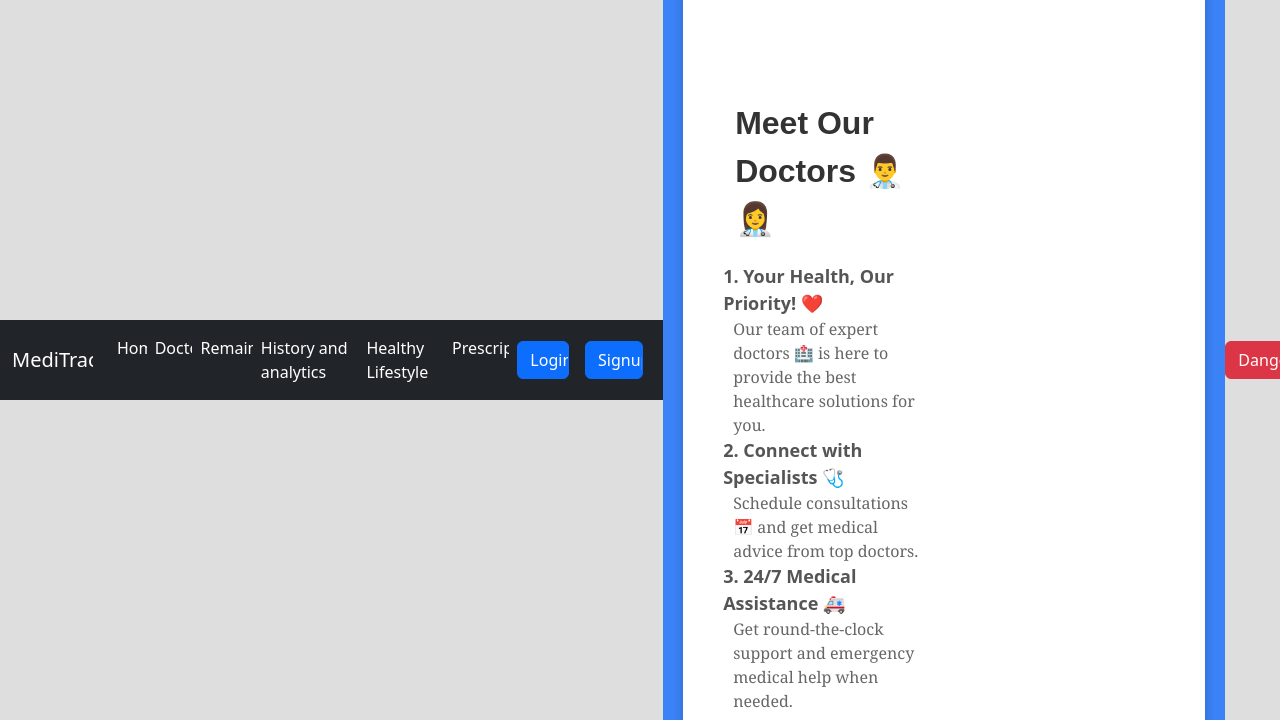
Repository: rahul-chakradhari/PillWise
Page: /doctors (app in frontend/)
An editor plug-in stored every save of this project. The page is shown before and after the next save, followed by the edit.
The browser window is 1280 px wide. The pictures show the whole page.
The page's requests for data from a server got no answer. An inner scrolling area shows only its first screen. The project was rebuilt for these pictures with package versions that can differ from the ones it lists, and the page was loaded fresh each time. No one was signed in, and anything a server would have sent is missing. Also part of the build but not shown: frontend/vite.config.js, frontend/src/components/Home.jsx, frontend/src/components/History.jsx, frontend/src/components/Remainder.jsx, frontend/src/components/Healthy.jsx, frontend/src/components/Prescription.jsx.

Above is the page before, as saved 2025-03-06 17:55:29.

After the next save:
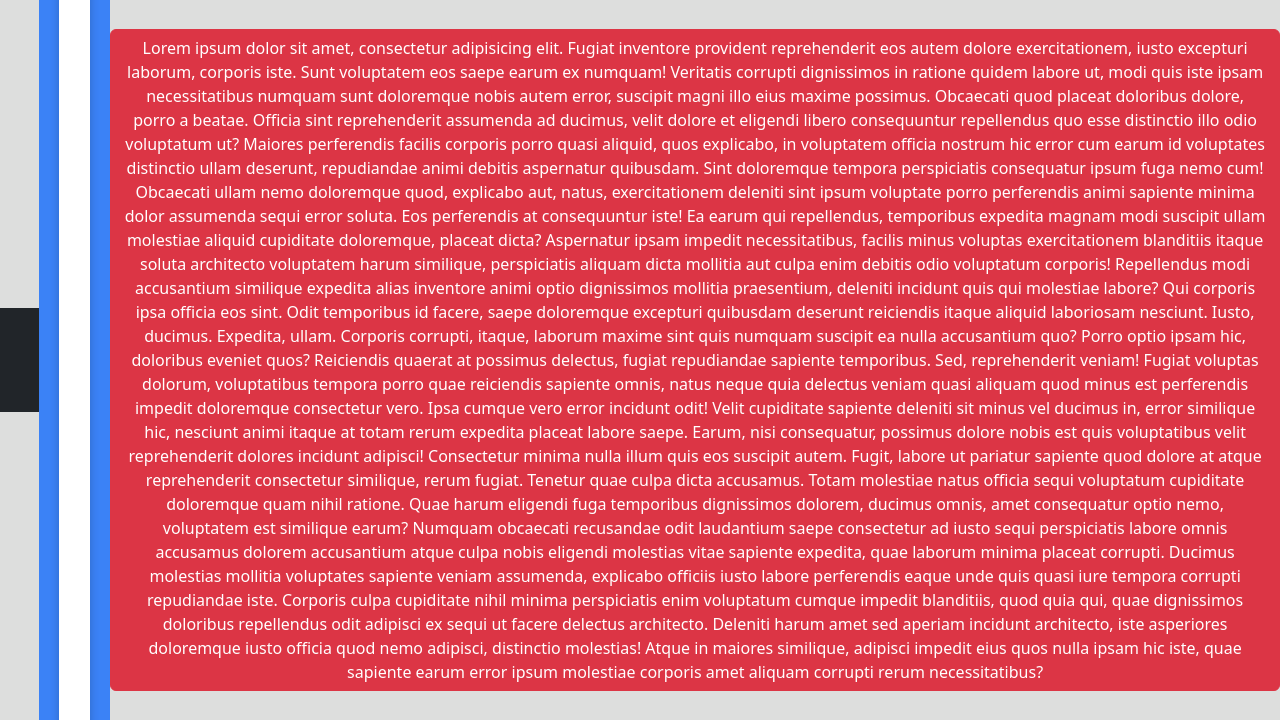
Saved 48 s later.
--- a/frontend/src/components/Doctors.jsx
+++ b/frontend/src/components/Doctors.jsx
@@ -61,7 +61,65 @@
       </div>
       <div>
         <button type="button" class="btn btn-danger">
-          Danger
+          Lorem ipsum dolor sit amet, consectetur adipisicing elit. Fugiat
+          inventore provident reprehenderit eos autem dolore exercitationem,
+          iusto excepturi laborum, corporis iste. Sunt voluptatem eos saepe
+          earum ex numquam! Veritatis corrupti dignissimos in ratione quidem
+          labore ut, modi quis iste ipsam necessitatibus numquam sunt doloremque
+          nobis autem error, suscipit magni illo eius maxime possimus. Obcaecati
+          quod placeat doloribus dolore, porro a beatae. Officia sint
+          reprehenderit assumenda ad ducimus, velit dolore et eligendi libero
+          consequuntur repellendus quo esse distinctio illo odio voluptatum ut?
+          Maiores perferendis facilis corporis porro quasi aliquid, quos
+          explicabo, in voluptatem officia nostrum hic error cum earum id
+          voluptates distinctio ullam deserunt, repudiandae animi debitis
+          aspernatur quibusdam. Sint doloremque tempora perspiciatis consequatur
+          ipsum fuga nemo cum! Obcaecati ullam nemo doloremque quod, explicabo
+          aut, natus, exercitationem deleniti sint ipsum voluptate porro
+          perferendis animi sapiente minima dolor assumenda sequi error soluta.
+          Eos perferendis at consequuntur iste! Ea earum qui repellendus,
+          temporibus expedita magnam modi suscipit ullam molestiae aliquid
+          cupiditate doloremque, placeat dicta? Aspernatur ipsam impedit
+          necessitatibus, facilis minus voluptas exercitationem blanditiis
+          itaque soluta architecto voluptatem harum similique, perspiciatis
+          aliquam dicta mollitia aut culpa enim debitis odio voluptatum
+          corporis! Repellendus modi accusantium similique expedita alias
+          inventore animi optio dignissimos mollitia praesentium, deleniti
+          incidunt quis qui molestiae labore? Qui corporis ipsa officia eos
+          sint. Odit temporibus id facere, saepe doloremque excepturi quibusdam
+          deserunt reiciendis itaque aliquid laboriosam nesciunt. Iusto,
+          ducimus. Expedita, ullam. Corporis corrupti, itaque, laborum maxime
+          sint quis numquam suscipit ea nulla accusantium quo? Porro optio ipsam
+          hic, doloribus eveniet quos? Reiciendis quaerat at possimus delectus,
+          fugiat repudiandae sapiente temporibus. Sed, reprehenderit veniam!
+          Fugiat voluptas dolorum, voluptatibus tempora porro quae reiciendis
+          sapiente omnis, natus neque quia delectus veniam quasi aliquam quod
+          minus est perferendis impedit doloremque consectetur vero. Ipsa cumque
+          vero error incidunt odit! Velit cupiditate sapiente deleniti sit minus
+          vel ducimus in, error similique hic, nesciunt animi itaque at totam
+          rerum expedita placeat labore saepe. Earum, nisi consequatur, possimus
+          dolore nobis est quis voluptatibus velit reprehenderit dolores
+          incidunt adipisci! Consectetur minima nulla illum quis eos suscipit
+          autem. Fugit, labore ut pariatur sapiente quod dolore at atque
+          reprehenderit consectetur similique, rerum fugiat. Tenetur quae culpa
+          dicta accusamus. Totam molestiae natus officia sequi voluptatum
+          cupiditate doloremque quam nihil ratione. Quae harum eligendi fuga
+          temporibus dignissimos dolorem, ducimus omnis, amet consequatur optio
+          nemo, voluptatem est similique earum? Numquam obcaecati recusandae
+          odit laudantium saepe consectetur ad iusto sequi perspiciatis labore
+          omnis accusamus dolorem accusantium atque culpa nobis eligendi
+          molestias vitae sapiente expedita, quae laborum minima placeat
+          corrupti. Ducimus molestias mollitia voluptates sapiente veniam
+          assumenda, explicabo officiis iusto labore perferendis eaque unde quis
+          quasi iure tempora corrupti repudiandae iste. Corporis culpa
+          cupiditate nihil minima perspiciatis enim voluptatum cumque impedit
+          blanditiis, quod quia qui, quae dignissimos doloribus repellendus odit
+          adipisci ex sequi ut facere delectus architecto. Deleniti harum amet
+          sed aperiam incidunt architecto, iste asperiores doloremque iusto
+          officia quod nemo adipisci, distinctio molestias! Atque in maiores
+          similique, adipisci impedit eius quos nulla ipsam hic iste, quae
+          sapiente earum error ipsum molestiae corporis amet aliquam corrupti
+          rerum necessitatibus?
         </button>
       </div>
     </>
